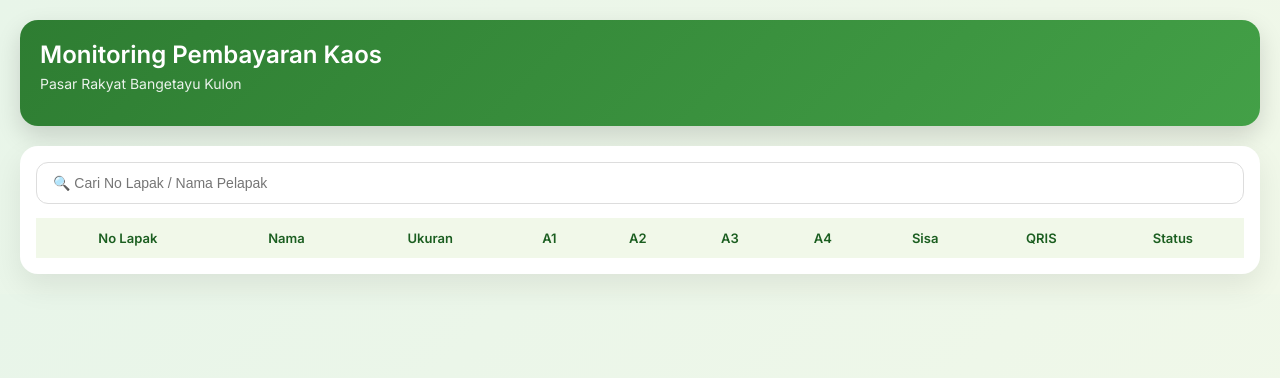
Repository: pasarrakyatbak/monitoringpembayarankaos
Page: index.html
The author's editor kept a copy of each file at every save. The page is drawn from the files as they stood at one save, then again after the next save.
The browser window is 1280 px wide. The pictures show the whole page.
The page's requests for data from a server got no answer.

Above is the page before, as saved 2026-01-04 13:50:19.

### index.html
<!DOCTYPE html>
<html lang="id">

<head>
    <meta charset="UTF-8">
    <meta name="viewport" content="width=device-width, initial-scale=1.0">
    <title>Monitoring Pembayaran Kaos</title>

    <!-- FONT -->
    <link rel="preconnect" href="https://fonts.googleapis.com">
    <link rel="preconnect" href="https://fonts.gstatic.com" crossorigin>
    <link href="https://fonts.googleapis.com/css2?family=Inter:wght@400;500;600&display=swap" rel="stylesheet">

    <link rel="stylesheet" href="style.css">
</head>

<body>

    <div class="app">

        <header class="header">
            <h1>Monitoring Pembayaran Kaos</h1>
            <p>Pasar Rakyat Bangetayu Kulon</p>
        </header>

        <div class="card">
            <div class="toolbar">
                <input type="text" id="searchInput" placeholder="🔍 Cari No Lapak / Nama Pelapak">
            </div>

            <!-- DESKTOP TABLE -->
            <div class="desktop-view">
                <table>
                    <thead>
                        <tr>
                            <th>No Lapak</th>
                            <th>Nama</th>
                            <th>Ukuran</th>
                            <th>A1</th>
                            <th>A2</th>
                            <th>A3</th>
                            <th>A4</th>
                            <th>Sisa</th>
                            <th>QRIS</th>
                            <th>Status</th>
                        </tr>
                    </thead>
                    <tbody id="tableBody"></tbody>
                </table>
            </div>

            <!-- MOBILE CARD -->
            <div class="mobile-view" id="cardContainer"></div>
        </div>

    </div>

    <script src="script.js"></script>
</body>

</html>

### style.css
* {
  box-sizing: border-box;
}

body {
  margin: 0;
  font-family: 'Inter', sans-serif;
  background: linear-gradient(135deg, #e8f5e9, #f1f8e9);
}

.app {
  max-width: 1400px;
  margin: auto;
  padding: 20px;
}

/* HEADER */
.header {
  background: linear-gradient(135deg, #2e7d32, #43a047);
  color: #fff;
  padding: 20px;
  border-radius: 18px;
  box-shadow: 0 10px 25px rgba(0, 0, 0, .15);
}

.header h1 {
  margin: 0;
  font-size: 24px;
}

.header p {
  margin-top: 6px;
  opacity: .9;
  font-size: 14px;
}

/* CARD */
.card {
  margin-top: 20px;
  background: #fff;
  border-radius: 18px;
  padding: 16px;
  box-shadow: 0 12px 30px rgba(0, 0, 0, .08);
}

/* TOOLBAR */
.toolbar input {
  width: 100%;
  padding: 12px 16px;
  border-radius: 12px;
  border: 1px solid #ddd;
  font-size: 14px;
}

.toolbar input:focus {
  outline: none;
  border-color: #2e7d32;
}

/* TABLE */
.desktop-view {
  overflow-x: auto;
}

table {
  width: 100%;
  border-collapse: collapse;
  margin-top: 14px;
  min-width: 1000px;
}

thead th {
  background: #f1f8e9;
  color: #1b5e20;
  padding: 12px;
  font-size: 13px;
  position: sticky;
  top: 0;
}

tbody td {
  padding: 12px;
  font-size: 13px;
  text-align: center;
  border-bottom: 1px solid #eee;
}

tbody tr:hover {
  background: #fafafa;
}

/* BADGE */
.badge {
  padding: 4px 10px;
  border-radius: 20px;
  font-size: 12px;
  font-weight: 600;
}

.badge-lunas {
  background: #e8f5e9;
  color: #2e7d32;
}

.badge-belum {
  background: #fff3e0;
  color: #ef6c00;
}

.badge-yes {
  background: #e3f2fd;
  color: #1565c0;
}

.badge-no {
  background: #fce4ec;
  color: #c2185b;
}

/* MOBILE CARD */
.mobile-view {
  display: none;
  margin-top: 16px;
  gap: 14px;
}

.pelapak-card {
  background: #fff;
  border-radius: 16px;
  padding: 14px;
  box-shadow: 0 8px 20px rgba(0, 0, 0, .08);
  border-left: 6px solid #2e7d32;
}

.pelapak-header {
  display: flex;
  justify-content: space-between;
  align-items: center;
}

.lapak {
  font-weight: 600;
  color: #1b5e20;
}

.nama {
  font-size: 13px;
  color: #555;
}

.pelapak-body {
  margin-top: 10px;
  display: grid;
  grid-template-columns: repeat(2, 1fr);
  gap: 8px;
}

.item {
  background: #f1f8e9;
  border-radius: 10px;
  padding: 8px;
  text-align: center;
  font-size: 12px;
}

.item span {
  display: block;
  font-size: 11px;
  color: #666;
}

/* RESPONSIVE */
@media (max-width: 768px) {

  .desktop-view {
    display: none;
  }

  .mobile-view {
    display: grid;
    grid-template-columns: 1fr;
    gap: 16px;
  }

  .pelapak-card {
    background: #ffffff;
    border-radius: 16px;
    padding: 14px;
    box-shadow: 0 8px 20px rgba(0, 0, 0, 0.08);
    border-left: 6px solid #2e7d32;
  }

  .pelapak-header {
    display: flex;
    justify-content: space-between;
    align-items: flex-start;
    margin-bottom: 10px;
  }

  .lapak {
    font-size: 16px;
    font-weight: 600;
    color: #1b5e20;
  }

  .nama {
    font-size: 14px;
    color: #555;
  }

  .pelapak-body {
    display: grid;
    grid-template-columns: repeat(2, 1fr);
    gap: 8px;
    font-size: 13px;
  }

  .item {
    background: #f1f8e9;
    padding: 8px;
    border-radius: 10px;
    text-align: center;
  }

  .item.full {
    grid-column: span 2;
  }

  .item span {
    display: block;
    font-size: 11px;
    color: #666;
  }

  .item strong {
    font-weight: 600;
    color: #2e7d32;
  }
}

### script.js
const API_URL = "https://script.google.com/macros/s/AKfycby4z2qZ24SrJkcyGpybH29lSUC_3_z1LG-7wSmTzpaOEXrwjXf0Cl3hqkg95qAxPj1-/exec";

let allData = [];

document.addEventListener('DOMContentLoaded', () => {
    const searchInput = document.getElementById('searchInput');
    const tableBody = document.getElementById('tableBody');
    const cardContainer = document.getElementById('cardContainer');

    // =============================
    // LOAD DATA
    // =============================
    async function loadData() {
        const res = await fetch(API_URL + "?action=list");
        const data = await res.json();
        allData = data;
        renderAll(data);
    }

    // =============================
    // RENDER TABLE + CARD
    // =============================
    function renderAll(data) {
        renderTable(data);
        renderCard(data);
    }

    // =============================
    // TABLE (DESKTOP)
    // =============================
    function renderTable(data) {
        tableBody.innerHTML = '';

        data.forEach((row, index) => {
            const statusText = row.lunas ? 'Lunas' : 'Belum';
            const statusBadge = row.lunas ? 'badge-lunas' : 'badge-belum';

            tableBody.innerHTML += `
        <tr>
          <td>${row.noLapak}</td>
          <td>${row.nama}</td>
          <td>${row.ukuran}</td>
          <td>${row.a1}</td>
          <td>${row.a2}</td>
          <td>${row.a3}</td>
          <td>${row.a4}</td>
          <td>Rp ${Number(row.total).toLocaleString('id-ID')}</td>
          <td>
            <input type="checkbox"
              ${row.qris ? 'checked' : ''}
              data-index="${index}">
          </td>
          <td>
            <span class="badge ${statusBadge}">${statusText}</span>
          </td>
        </tr>
      `;
        });
    }

    // =============================
    // CARD (MOBILE)
    // =============================
    function renderCard(data) {
        cardContainer.innerHTML = '';

        data.forEach((row, index) => {
            const statusText = row.lunas ? 'Lunas' : 'Belum';
            const statusBadge = row.lunas ? 'badge-lunas' : 'badge-belum';

            cardContainer.innerHTML += `
      <div class="pelapak-card">
        <div class="pelapak-header">
          <div>
            <div class="lapak">Lapak ${row.noLapak}</div>
            <div class="nama">${row.nama}</div>
          </div>
          <span class="badge ${statusBadge}">${statusText}</span>
        </div>

        <div class="pelapak-body">
          <div class="item">
            <span>Ukuran</span>
            <strong>${row.ukuran}</strong>
          </div>

          <div class="item">
            <span>QRIS</span>
            <input type="checkbox"
              ${row.qris ? 'checked' : ''}
              data-index="${index}">
          </div>

          <div class="item">
            <span>Angsuran 1</span>
            <strong>${row.a1}</strong>
          </div>

          <div class="item">
            <span>Angsuran 2</span>
            <strong>${row.a2}</strong>
          </div>

          <div class="item">
            <span>Angsuran 3</span>
            <strong>${row.a3}</strong>
          </div>

          <div class="item">
            <span>Angsuran 4</span>
            <strong>${row.a4}</strong>
          </div>

          <div class="item full">
            <span>Total Tagihan</span>
            <strong>Rp ${Number(row.total).toLocaleString('id-ID')}</strong>
          </div>
        </div>
      </div>
    `;
        });
    }


    // =============================
    // UPDATE QRIS (TABLE & CARD)
    // =============================
    document.body.addEventListener('change', async (e) => {
        if (e.target.type === 'checkbox' && e.target.dataset.index !== undefined) {
            const index = e.target.dataset.index;

            const formData = new FormData();
            formData.append("action", "updateQRIS");
            formData.append("index", index);
            formData.append("qris", e.target.checked ? "true" : "false");

            await fetch(API_URL, {
                method: "POST",
                body: formData
            });

            loadData();
        }
    });

    // =============================
    // SEARCH (REALTIME)
    // =============================
    searchInput.addEventListener('keyup', () => {
        const keyword = searchInput.value.toLowerCase();

        const filtered = allData.filter(item =>
            item.noLapak.toString().toLowerCase().includes(keyword) ||
            item.nama.toLowerCase().includes(keyword)
        );

        renderAll(filtered);
    });

    loadData();
});

After the next save:
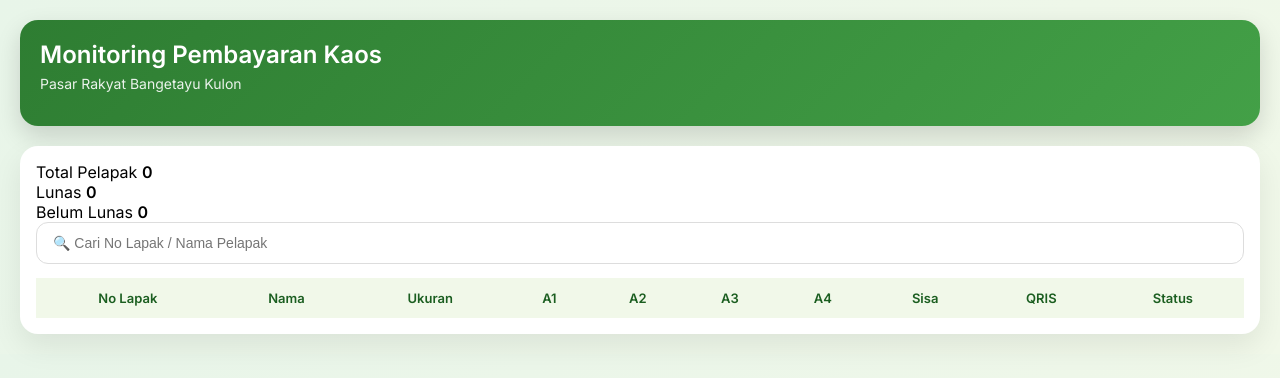
Saved 2 min 49 s later.
--- a/index.html
+++ b/index.html
@@ -18,12 +18,32 @@
 
     <div class="app">
 
+        <!-- HEADER -->
         <header class="header">
             <h1>Monitoring Pembayaran Kaos</h1>
             <p>Pasar Rakyat Bangetayu Kulon</p>
         </header>
 
+        <!-- CARD -->
         <div class="card">
+
+            <!-- RINGKASAN -->
+            <div class="summary" id="summary">
+                <div class="summary-card total">
+                    <span>Total Pelapak</span>
+                    <strong id="totalPelapak">0</strong>
+                </div>
+                <div class="summary-card lunas">
+                    <span>Lunas</span>
+                    <strong id="totalLunas">0</strong>
+                </div>
+                <div class="summary-card belum">
+                    <span>Belum Lunas</span>
+                    <strong id="totalBelum">0</strong>
+                </div>
+            </div>
+
+            <!-- TOOLBAR -->
             <div class="toolbar">
                 <input type="text" id="searchInput" placeholder="🔍 Cari No Lapak / Nama Pelapak">
             </div>
@@ -51,6 +71,7 @@
 
             <!-- MOBILE CARD -->
             <div class="mobile-view" id="cardContainer"></div>
+
         </div>
 
     </div>
